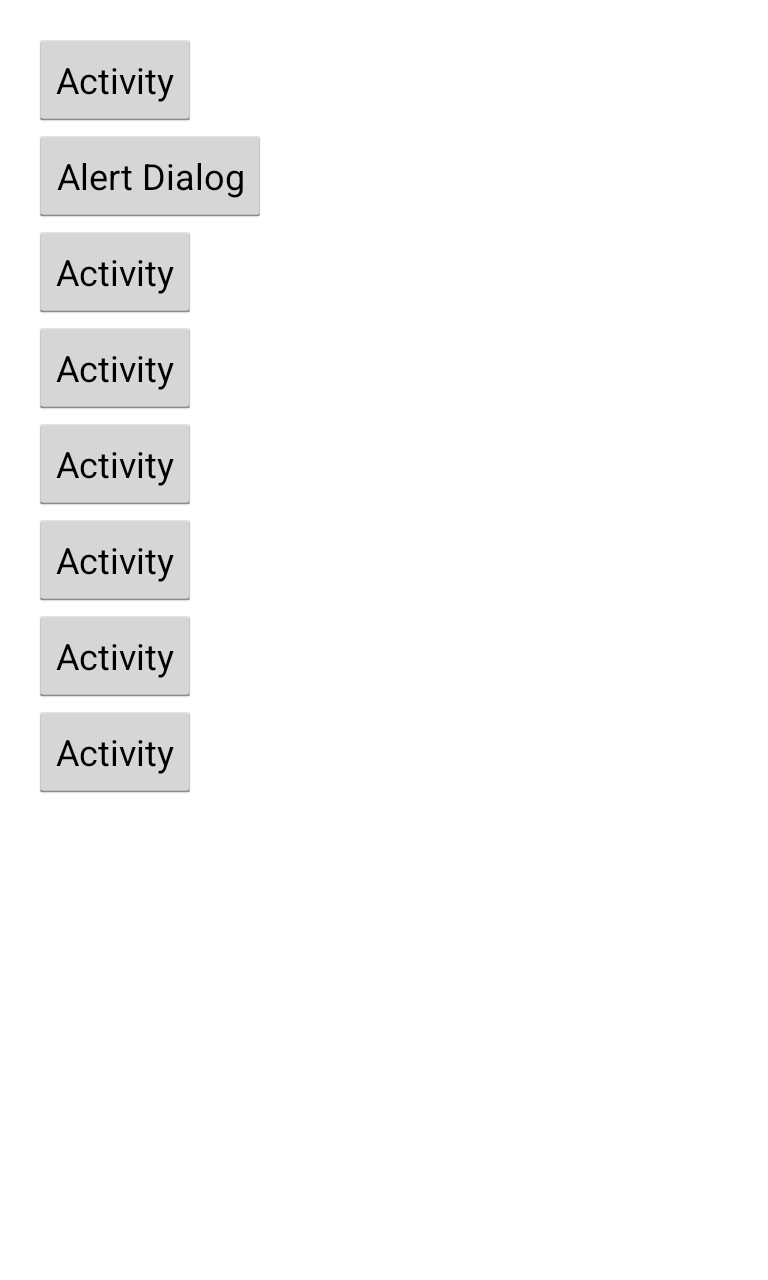
Repository: felipemfp/android-workspace
Layout: Aula05/res/layout/activity_main.xml
An editor plug-in stored every save of this project. The layout is shown before and after the next save, followed by the edit.
It is drawn on a 768 x 1280 px phone screen (xhdpi) without system bars, with theme AppTheme; the app's code is not run.

Above is the layout before, as saved 2015-12-15 11:54:05.

### Aula05/res/layout/activity_main.xml
<LinearLayout xmlns:android="http://schemas.android.com/apk/res/android"
    xmlns:tools="http://schemas.android.com/tools"
    android:layout_width="match_parent"
    android:layout_height="match_parent"
    android:orientation="vertical"
    android:paddingBottom="@dimen/activity_vertical_margin"
    android:paddingLeft="@dimen/activity_horizontal_margin"
    android:paddingRight="@dimen/activity_horizontal_margin"
    android:paddingTop="@dimen/activity_vertical_margin"
    tools:context=".MainActivity" >

   	<Button
   	    android:layout_width="wrap_content"
   	    android:layout_height="wrap_content"
   	    android:text="Activity"
   	   	android:id="@+id/btnActivity"/>


   	<Button
   	    android:layout_width="wrap_content"
   	    android:layout_height="wrap_content"
   	    android:text="Alert Dialog"
   	   	android:id="@+id/btnDialog1"/>


   	<Button
   	    android:layout_width="wrap_content"
   	    android:layout_height="wrap_content"
   	    android:text="Activity"
   	   	android:id="@+id/btnDialog2"/>

   	<Button
   	    android:layout_width="wrap_content"
   	    android:layout_height="wrap_content"
   	    android:text="Activity"
   	   	android:id="@+id/btnDialog3"/>

   	<Button
   	    android:layout_width="wrap_content"
   	    android:layout_height="wrap_content"
   	    android:text="Activity"
   	   	android:id="@+id/btnDialog4"/>

   	<Button
   	    android:layout_width="wrap_content"
   	    android:layout_height="wrap_content"
   	    android:text="Activity"
   	   	android:id="@+id/btnDialog5"/>

   	<Button
   	    android:layout_width="wrap_content"
   	    android:layout_height="wrap_content"
   	    android:text="Activity"
   	   	android:id="@+id/btnDialog6"/>


   	<Button
   	    android:layout_width="wrap_content"
   	    android:layout_height="wrap_content"
   	    android:text="Activity"
   	   	android:id="@+id/btnDialog7"/>

</LinearLayout>

Loaded but not shown: Aula05/res/values/styles.xml (common file); Aula05/res/values-v11/styles.xml (common file); Aula05/res/values-v14/styles.xml (common file); Aula05/res/values/dimens.xml (common file)

After the next save:
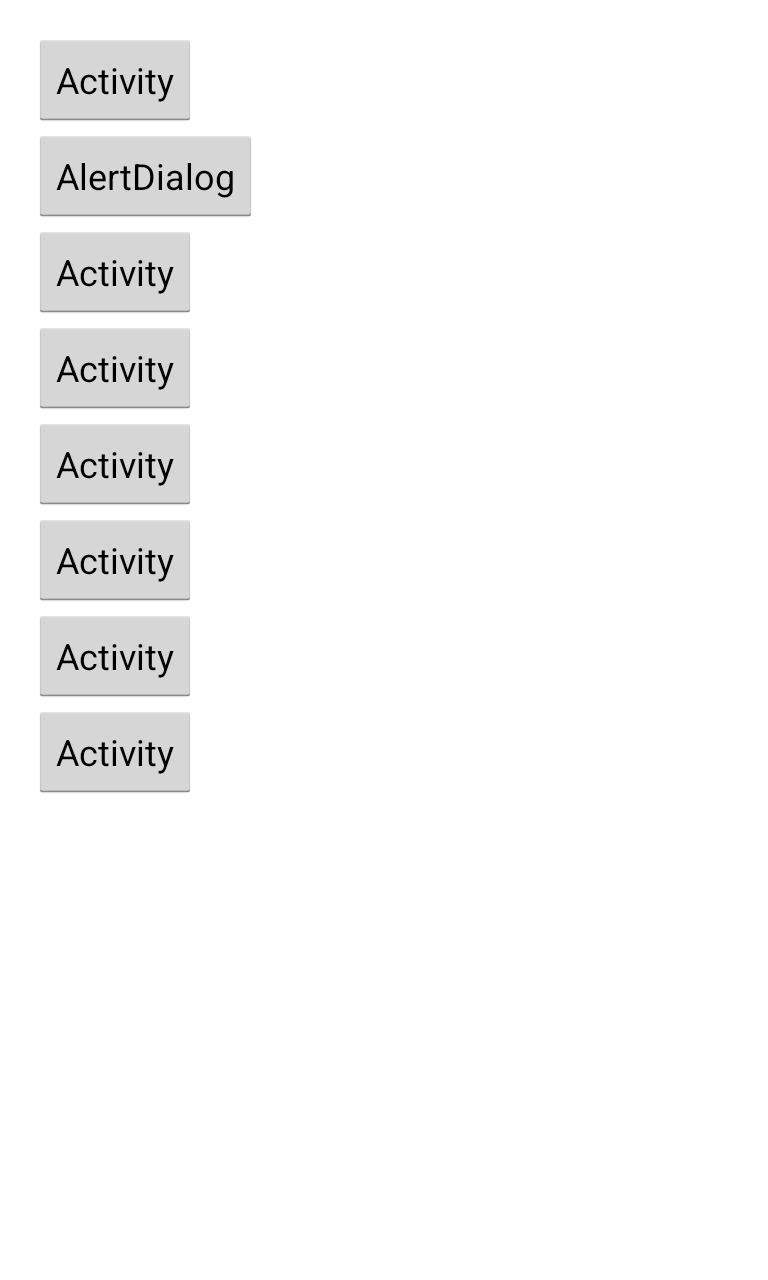
Saved 4 s later.
--- a/Aula05/res/layout/activity_main.xml
+++ b/Aula05/res/layout/activity_main.xml
@@ -19,7 +19,7 @@
    	<Button
    	    android:layout_width="wrap_content"
    	    android:layout_height="wrap_content"
-   	    android:text="Alert Dialog"
+   	    android:text="AlertDialog"
    	   	android:id="@+id/btnDialog1"/>
 
 
